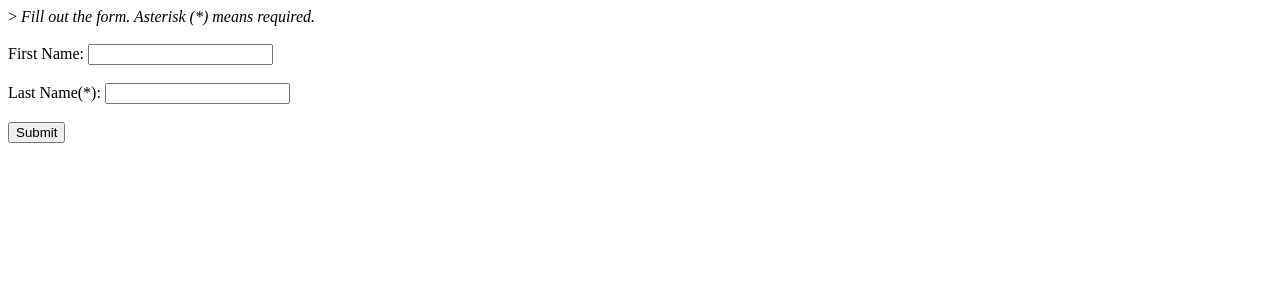
Repository: FehmiCitiloglu/spring-udemy-course
Page: http://localhost/spring-mvc-demo/customer/showForm
The author's editor kept a copy of each file at every save. The page is drawn from the files as they stood at one save, then again after the next save.
The browser window is 1280 px wide. The pictures show the whole page.
The page is served by Tomcat 9.

Above is the page before, as saved 2022-05-21 21:33:56.

After the next save:
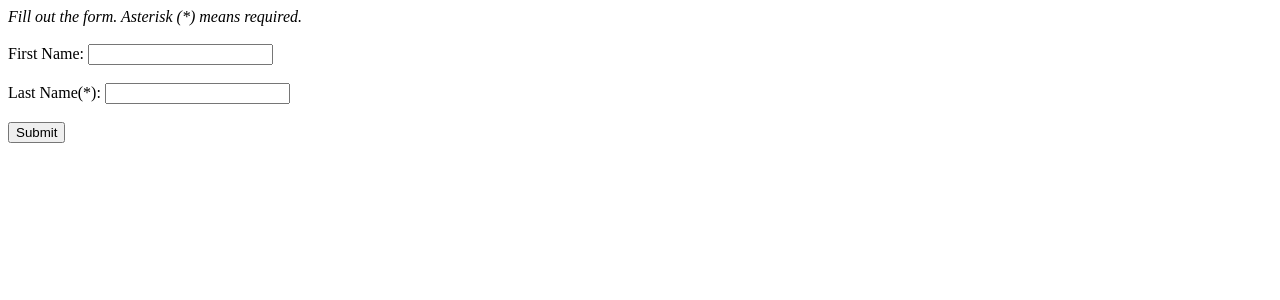
Saved 9 min 34 s later.
--- a/spring-mvc-demo/WebContent/WEB-INF/view/customer-form.jsp
+++ b/spring-mvc-demo/WebContent/WEB-INF/view/customer-form.jsp
@@ -1,4 +1,4 @@
-<%@ taglib prefix="form" uri="http://www.springframework.org/tags/form" %>>
+<%@ taglib prefix="form" uri="http://www.springframework.org/tags/form" %>
 
 <!DOCTYPE html>
 
